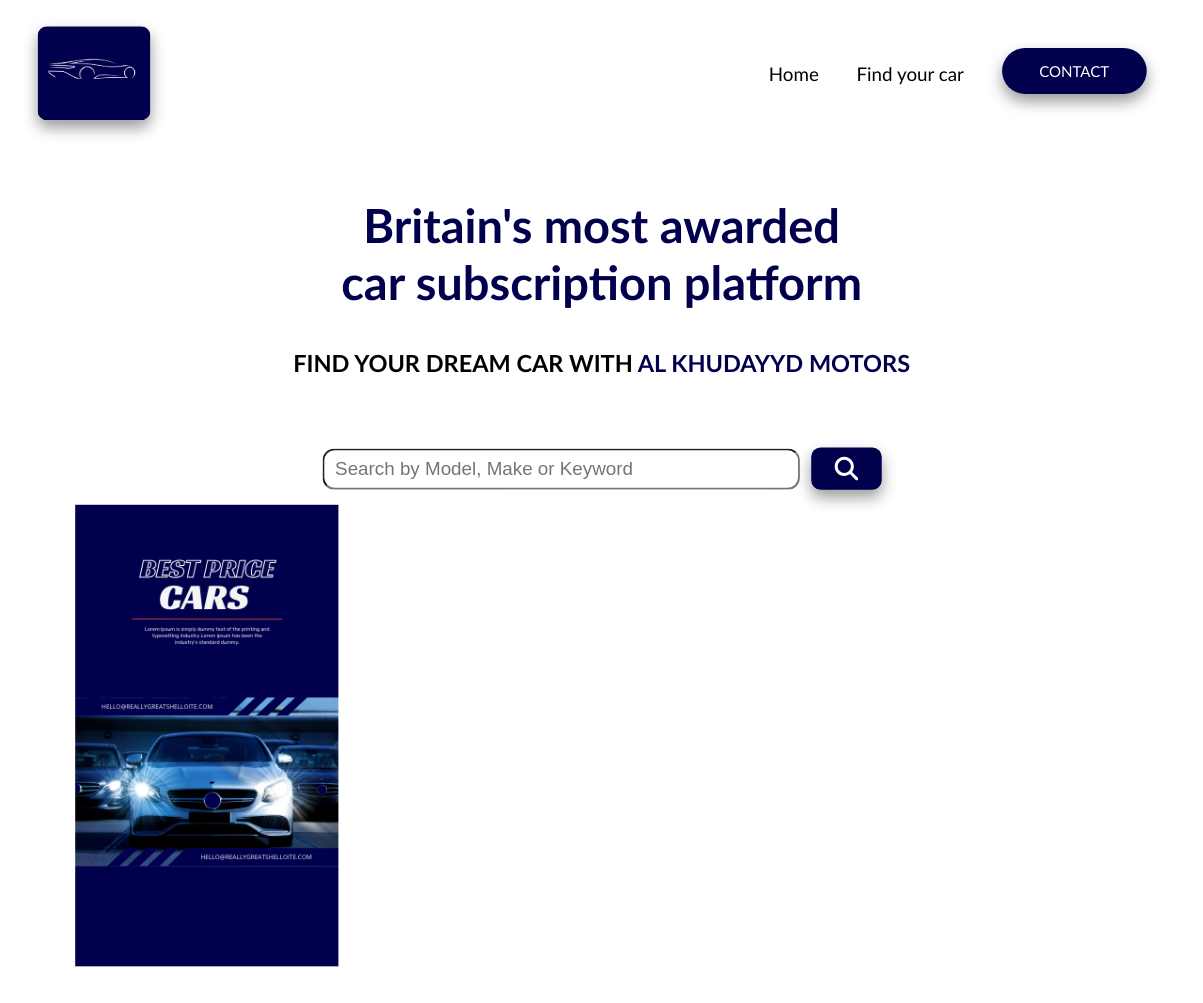
Repository: Al123Kudayyd/movie-project
Page: /
An editor plug-in stored every save of this project. The page is shown before and after a run of saves, followed by the edit.
The browser window is 1280 px wide. The pictures show the whole page, at 94% of full size.
The project was rebuilt for these pictures with package versions that can differ from the ones it lists, and the page was loaded fresh each time.

Above is the page before, as saved 2023-05-20 20:00:59.

### src/index.js
import React from 'react';
import ReactDOM from 'react-dom/client';
import './index.css';
import App from './App';
import reportWebVitals from './reportWebVitals';
import { library } from '@fortawesome/fontawesome-svg-core';
import { faMagnifyingGlass } from '@fortawesome/free-solid-svg-icons';

library.add(faMagnifyingGlass)

const root = ReactDOM.createRoot(document.getElementById('root'));
root.render(
  <React.StrictMode>
    <App />
  </React.StrictMode>
);

// If you want to start measuring performance in your app, pass a function
// to log results (for example: reportWebVitals(console.log))
// or send to an analytics endpoint. Learn more: https://bit.ly/CRA-vitals
reportWebVitals();

### src/index.css

html {
  font-family: 'Gill Sans', 'Gill Sans MT', Calibri, 'Trebuchet MS', sans-serif;
}

.row {
  width: 100%;
  max-width: 1200px;
  margin: 0 auto;
  padding: 0 24px;
}

.container {
  padding: 20px 0;
}

.nav-wrapper {
  display: flex;
  justify-content: space-between;
  align-items: center;
}

.nav-wrapper-lists {
  display: flex;
  list-style: none;
}

.nav-wrapper-list {
  margin: 0 20px;
  text-decoration: none;
}

.nav-wrapper-list-alt {
  margin: 0 20px;
  text-decoration: none;
}

.nav-link {
  text-decoration: none;
  color: black;
  font-weight: 100;
  font-size: 20px;
}

.nav-link-alt {
  text-decoration: none;
  background-color: #00004D;
  padding: 15px 40px;
  color: white;
  font-weight: 100;
  font-size: 16px;
  border-radius: 25px;
  box-shadow: 0 8px 16px 0 rgba(0, 0, 0, 0.4);
  transition: all 350ms ease;
}

.nav-link-alt:hover {
  opacity: 0.7;
}

.nav-img {
  width: 10%;
  height: 100px;
  border-radius: 10px;
  box-shadow: 0 8px 16px 0 rgba(0, 0, 0, 0.4);
}

#home {
  height: 100vh;
}

.main-title {
  text-align: center;
  font-size: 50px;
  color: #00004D;
  font-weight: 1000;
}

.main-desc {
  text-align: center;
  font-weight: 1000;
  font-size: 25px;
}

.blue {
  color: #00004D;
}

.main-wrapper {
  display: flex;
  justify-content: center;
  align-items: center;
  margin-top: 75px;
}

input {
  width: 40%;
  height: 40px;
  border-radius: 13px;
  padding: 0 12px;
  font-size: 20px;
}

.search-btn {
  background-color: #00004D;
  color: white;
  margin-left: 12px;
  padding: 10px 25px;
  font-size: 25px;
  font-weight: bolder;
  border-radius: 10px;
  cursor: pointer;
  box-shadow: 0 8px 16px 0 rgba(0, 0, 0, 0.4);
  transition: all 350ms ease;
}

.search-btn:hover {
  opacity: 0.7;
}

.main-wrapper-banner {
  display: flex;
  flex-direction: column;
}

### src/App.js
import { BrowserRouter as Router, Routes, Route } from 'react-router-dom';
import Home from './pages/Home';

function App() {
  return (
    <Router>
      <div>
        <Routes>
          <Route path='/' element={<Home />}></Route>
        </Routes>
      </div>
    </Router>

  );
}

export default App;

### src/pages/Home.jsx
import React from 'react'
import Navbar from '../UI/Navbar'
import { FontAwesomeIcon } from '@fortawesome/react-fontawesome';
import Car from '../assests/car.png'

export default function Home() {
  return (
    <div>
        <Navbar />
        <section id='home'>
            <div className="container">
                <div className="row">
                    <div className="main">
                        <h1 className="main-title">Britain's most awarded <br /> car subscription platform</h1>
                        <h3 className='main-desc'>FIND YOUR DREAM CAR WITH <span className='blue'>AL KHUDAYYD MOTORS</span></h3>
                        <div className="main-wrapper">
                            <input type="text" placeholder='Search by Model, Make or Keyword ' />
                            <FontAwesomeIcon icon='magnifying-glass' className='search-btn' />
                        </div>
                        <figure className="main-banner">
                            <img src={Car} alt="" className="main-img" />
                        </figure>
                    </div>
                </div>
            </div>
        </section>
    </div>
  )
}

### src/UI/Navbar.jsx
import React from 'react'
import Logo from '../assests/logo.png'
import '../index.css'

export default function Navbar() {
  return (
    <div className='navbar'>
        <div className="container">
            <div className="row">
                <div className="nav-wrapper">
                    <img src={Logo} alt="" className="nav-img" />
                    <ul className="nav-wrapper-lists">
                        <li className='nav-wrapper-list'><a className='nav-link' href="/">Home</a></li>
                        <li className='nav-wrapper-list'><a className='nav-link' href="">Find your car</a></li>
                        <li className='nav-wrapper-list-alt'><a className='nav-link-alt' href="">CONTACT</a></li>
                    </ul>
                </div>
            </div>
        </div>
    </div>
  )
}

Loaded but not shown: public/index.html (common file); src/reportWebVitals.js (common file)

After the next 2 saves:
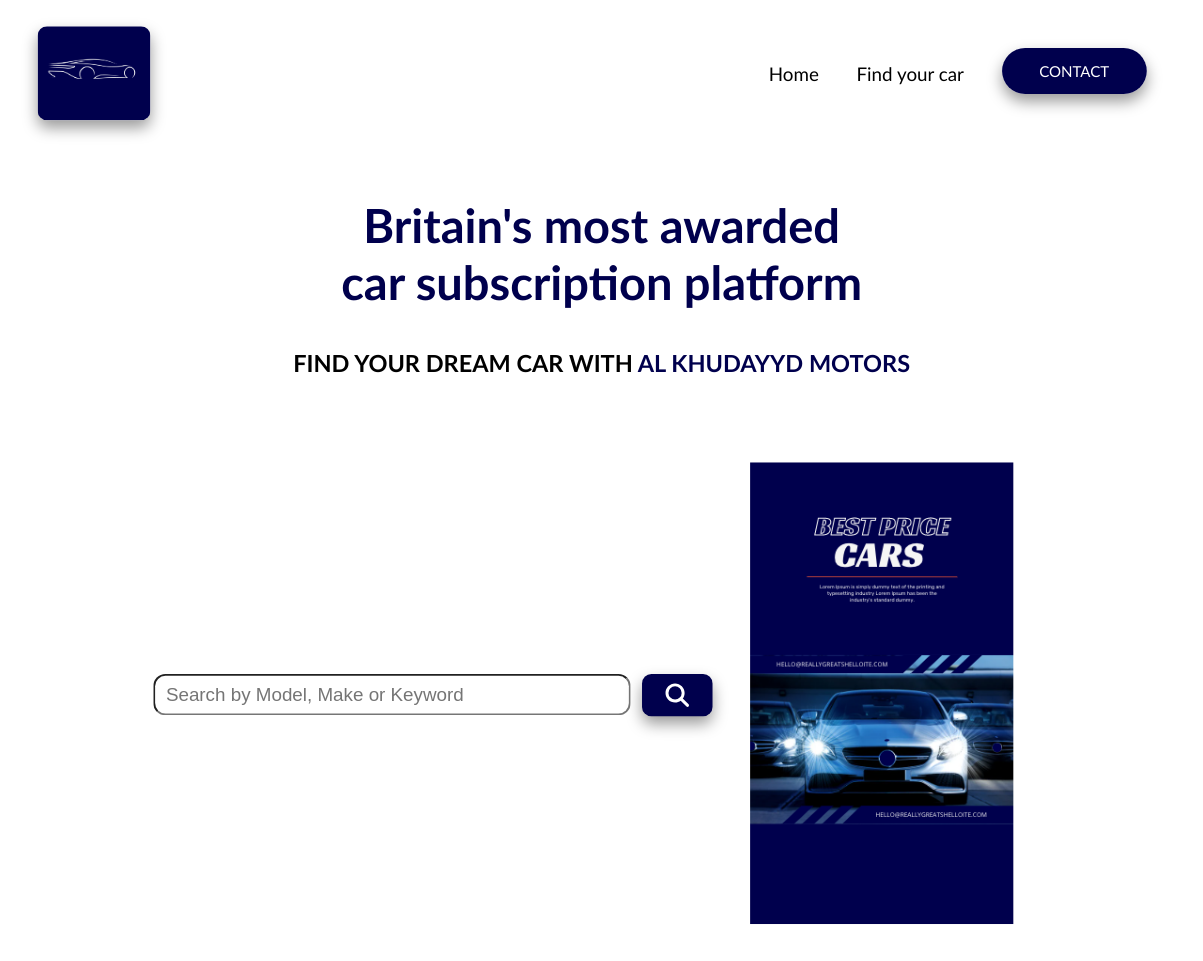
The 2 saves are shown as one change because they came seconds apart.
The last was saved 7 s later.
--- a/src/pages/Home.jsx
+++ b/src/pages/Home.jsx
@@ -16,10 +16,11 @@
                         <div className="main-wrapper">
                             <input type="text" placeholder='Search by Model, Make or Keyword ' />
                             <FontAwesomeIcon icon='magnifying-glass' className='search-btn' />
-                        </div>
-                        <figure className="main-banner">
+                            <figure className="main-banner">
                             <img src={Car} alt="" className="main-img" />
                         </figure>
+                        </div>
+
                     </div>
                 </div>
             </div>
